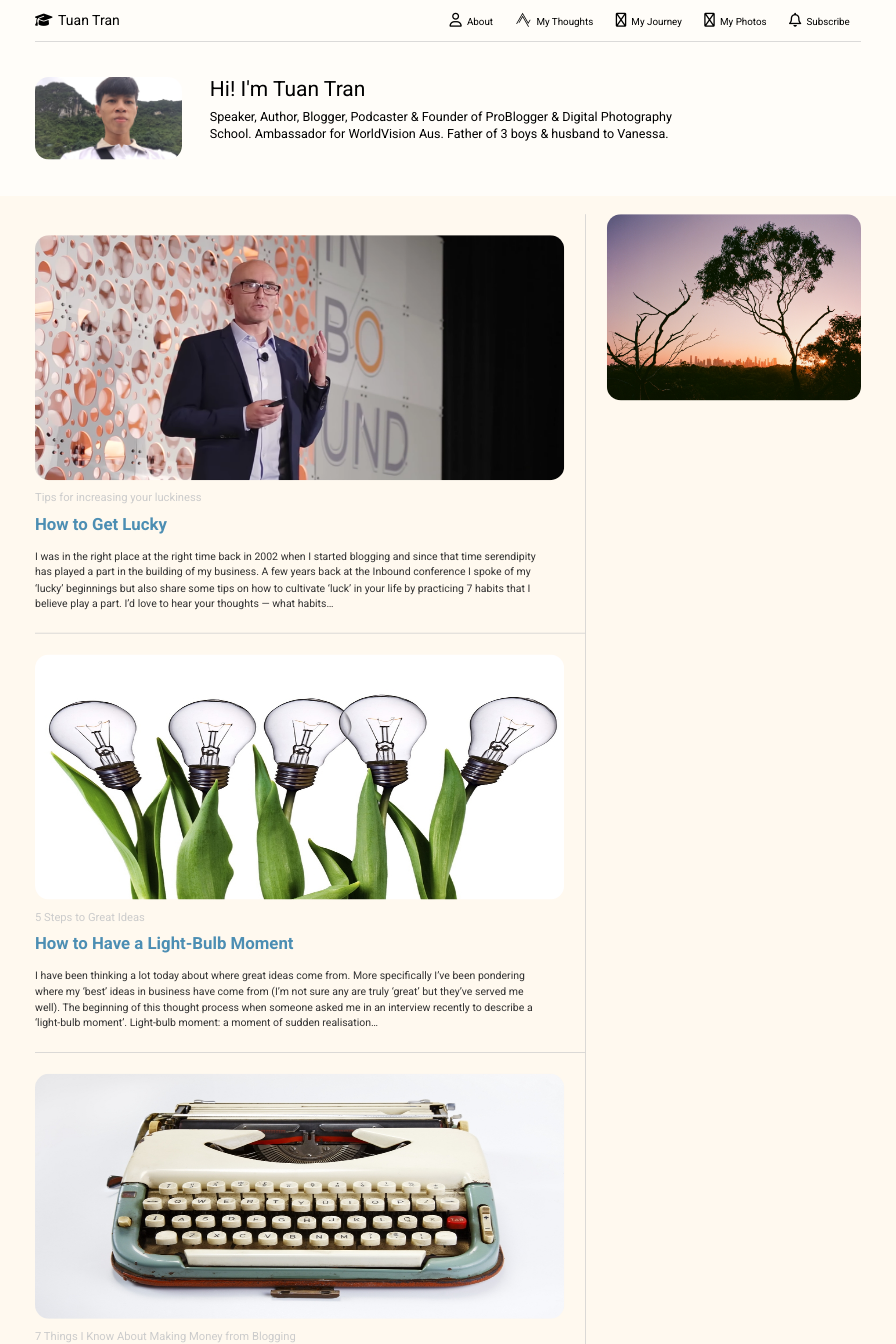
Repository: TranDinhTuann/Blog-Demo
Page: index.html
The author's editor kept a copy of each file at every save. The page is drawn from the files as they stood at one save, then again after the next save.
The browser window is 1280 px wide. The pictures show the part of the page from y = 0 to 1920 px (the page is 2860 px tall), at 70% of full size.

Above is the page before, as saved 2023-03-22 21:09:33.

After the next save:
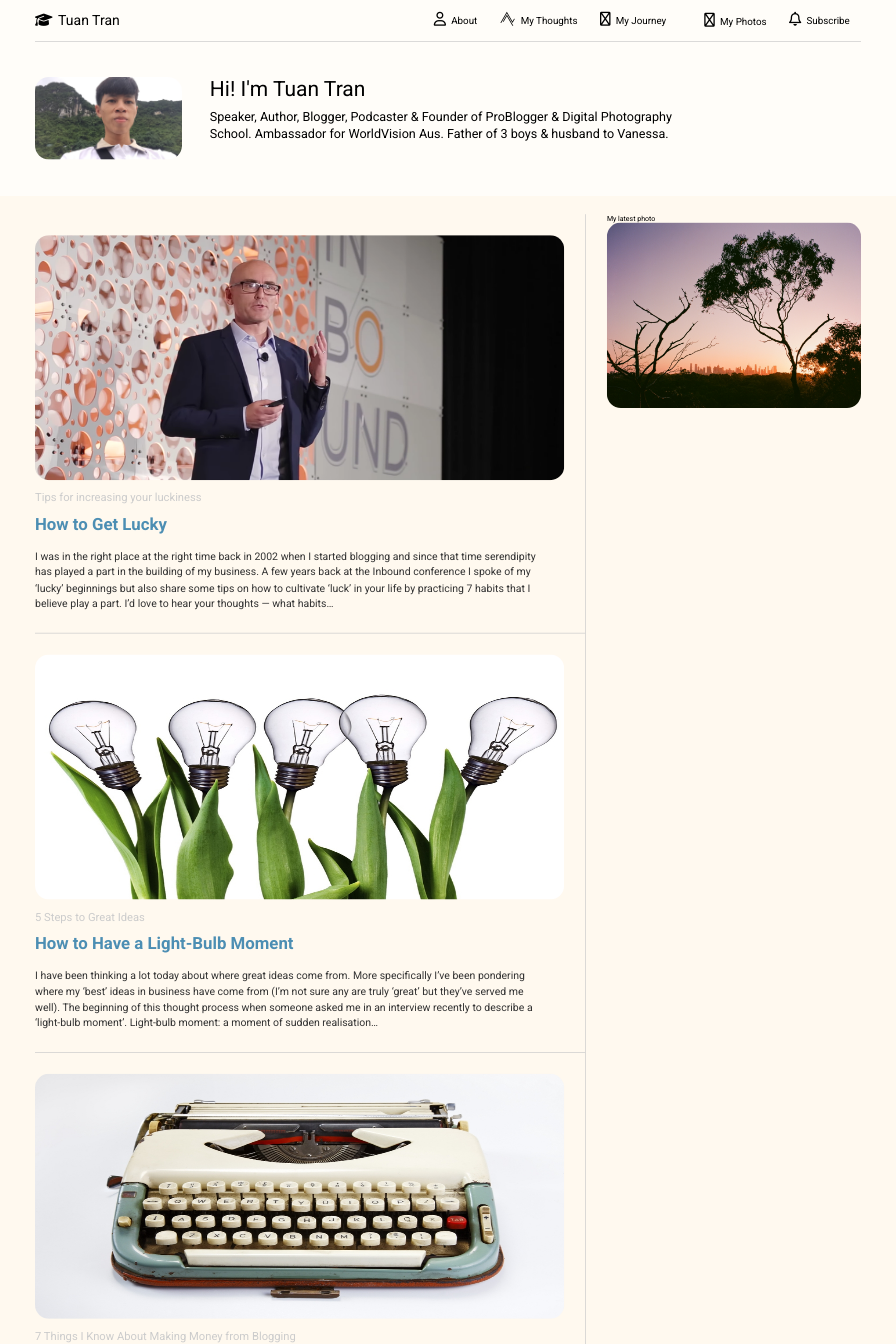
Saved 92 s later.
--- a/index.html
+++ b/index.html
@@ -41,6 +41,7 @@
                     </li>
                     <li class="navbar__list-item">
                         <a href="" class="navbar__list-item-link">
+                            <i class="navbar__list-item-icon fa-light fa-image"></i>
                             <i class="navbar__list-item-icon fa-sharp fa-regular fa-camera-retro"></i>
                             <span class="navbar__list-item-text">My Photos</span>
                         </a>
@@ -120,6 +121,7 @@
                     <div class="row">
                         <div class="row-head">
 
+                            <div class="row-heading">My latest photo</div>
                         </div>
                         <div class="row-img">
                             <img src="./assets/img/slider/nature1.jpg" alt="" class="img-nature">
